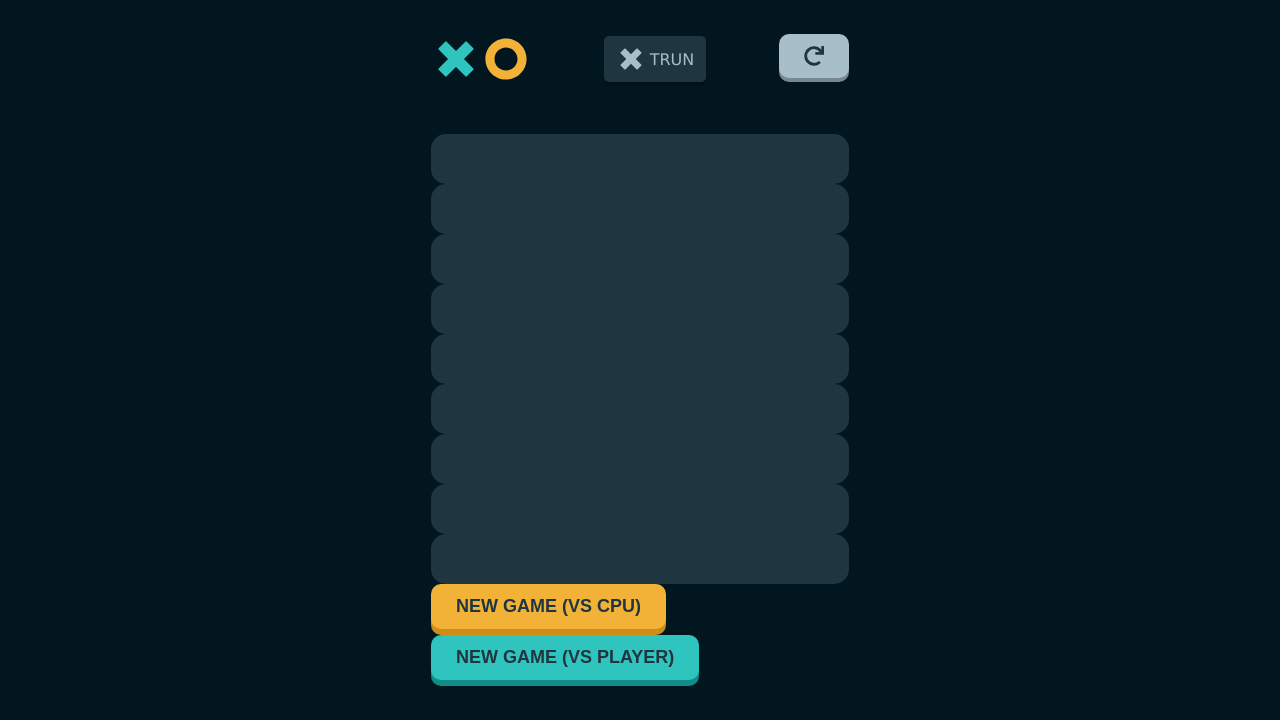
Repository: SD-Mdouka/XO_GAME
Page: /
These files come from the project's save history. The page is drawn as it stood at one moment and after the next save; the edit follows.
The browser window is 1280 px wide. The pictures show the whole page.
The project was rebuilt for these pictures with package versions that can differ from the ones it lists, and the page was loaded fresh each time. Also part of the build but not shown: src/component/start/Start.js.

Above is the page before, as saved 2022-08-29 16:19:40.

After the next save:
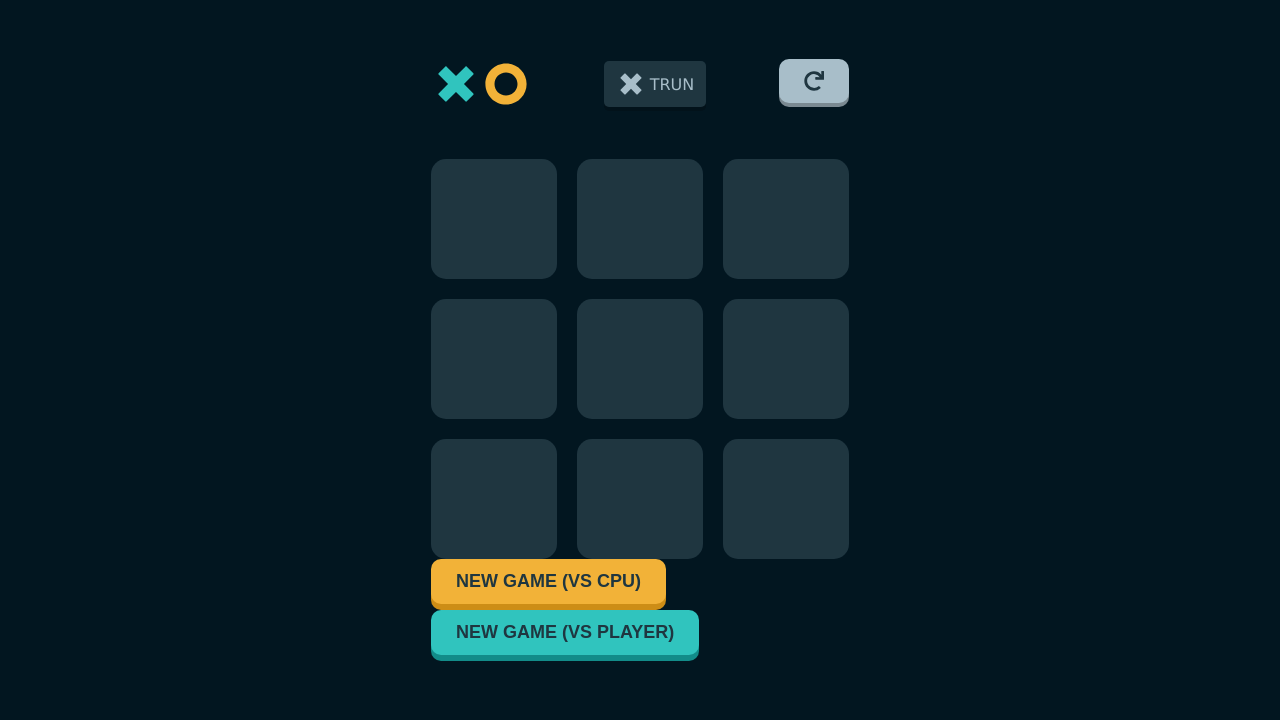
Saved 2 min 23 s later.
--- a/src/index.css
+++ b/src/index.css
@@ -279,3 +279,18 @@ body {
     -ms-transform: rotate(180deg);
     -o-transform: rotate(180deg);
 }
+
+.board__body {
+    display: grid;
+    grid-template-columns: repeat(3, 1fr);
+    gap: 20px;
+}
+
+.board__body .card {
+    height: 120px;
+    display: flex;
+    align-items: center;
+    justify-content: center;
+    cursor: pointer;
+    padding-inline: 10px;
+}
